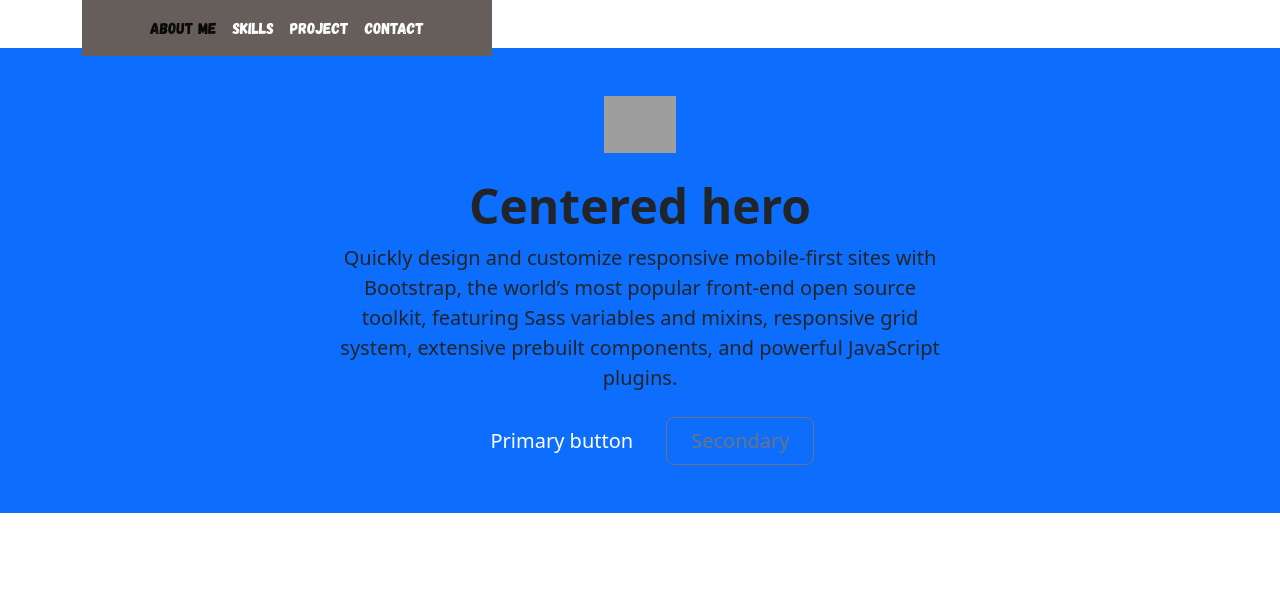
Repository: zetta-muhammad-asyrofuddien/Html-Css-ZettaCAmp
Page: Day1/Portofolio/index.html
These files come from the project's save history. The page is drawn as it stood at one moment and after the next save; the edit follows.
The browser window is 1280 px wide. The pictures show the whole page.
Pictures or frames that could not be fetched are drawn as grey boxes.

Above is the page before, as saved 2023-07-05 03:02:34.

### Day1/Portofolio/index.html
<!DOCTYPE html>
<html lang="en">
  <head>
    <meta charset="utf-8" />
    <meta name="viewport" content="width=device-width, initial-scale=1" />
    <title>Bootstrap demo</title>
    <link href="https://cdn.jsdelivr.net/npm/bootstrap@5.2.3/dist/css/bootstrap.min.css" rel="stylesheet" integrity="sha384-rbsA2VBKQhggwzxH7pPCaAqO46MgnOM80zW1RWuH61DGLwZJEdK2Kadq2F9CUG65" crossorigin="anonymous" />
    <link rel="stylesheet" type="text/css" href="./syle.css" />
  </head>
  <body>
    <section class="Navbar">
      <div class="container">
        <div class="row">
          <div class="col-lg-12">
            <nav class="navbar navbar-expand-lg px-5 px-5">
              <div class="container-fluid">
                <div class="collapse navbar-collapse" id="navbarNav">
                  <ul class="navbar-nav">
                    <li class="nav-item">
                      <a class="nav-link active" aria-current="page" href="#">About Me</a>
                    </li>
                    <li class="nav-item">
                      <a class="nav-link" href="#">Skills</a>
                    </li>
                    <li class="nav-item">
                      <a class="nav-link" href="#">Project</a>
                    </li>
                    <li class="nav-item">
                      <a class="nav-link" href="#">Contact</a>
                    </li>
                  </ul>
                </div>
              </div>
            </nav>
            <div class="col-lg-4"></div>
          </div>
        </div>
      </div>
    </section>
    <section class="perkenalan bg-primary mt-0">
      <div class="px-4 py-5 my-5 text-center">
        <img class="d-block mx-auto mb-4" src="/docs/5.2/assets/brand/bootstrap-logo.svg" alt="" width="72" height="57" />
        <h1 class="display-5 fw-bold">Centered hero</h1>
        <div class="col-lg-6 mx-auto">
          <p class="lead mb-4">
            Quickly design and customize responsive mobile-first sites with Bootstrap, the world’s most popular front-end open source toolkit, featuring Sass variables and mixins, responsive grid system, extensive prebuilt components, and
            powerful JavaScript plugins.
          </p>
          <div class="d-grid gap-2 d-sm-flex justify-content-sm-center">
            <button type="button" class="btn btn-primary btn-lg px-4 gap-3">Primary button</button>
            <button type="button" class="btn btn-outline-secondary btn-lg px-4">Secondary</button>
          </div>
        </div>
      </div>
    </section>
    <script src="https://cdn.jsdelivr.net/npm/@popperjs/core@2.11.6/dist/umd/popper.min.js" integrity="sha384-oBqDVmMz9ATKxIep9tiCxS/Z9fNfEXiDAYTujMAeBAsjFuCZSmKbSSUnQlmh/jp3" crossorigin="anonymous"></script>
    <script src="https://cdn.jsdelivr.net/npm/bootstrap@5.2.3/dist/js/bootstrap.min.js" integrity="sha384-cuYeSxntonz0PPNlHhBs68uyIAVpIIOZZ5JqeqvYYIcEL727kskC66kF92t6Xl2V" crossorigin="anonymous"></script>
  </body>
</html>

### Day1/Portofolio/syle.css
@font-face {
  font-family: Gagalin;
  src: url(./asset/font/Gagalin-Regular.otf);
}
@font-face {
  font-family: Shrikhand;
  src: url(./asset/font/Shrikhand-Regular.ttf);
}
@font-face {
  font-family: dmSans;
  src: url(./asset/font/DMSans-Regular.ttf);
}
.navbar {
  font-family: Gagalin;
  background-color: #665e5a;
  position: fixed;
  top: 0;

  z-index: 100;
}

.nav-link {
  color: white;
}

After the next save:
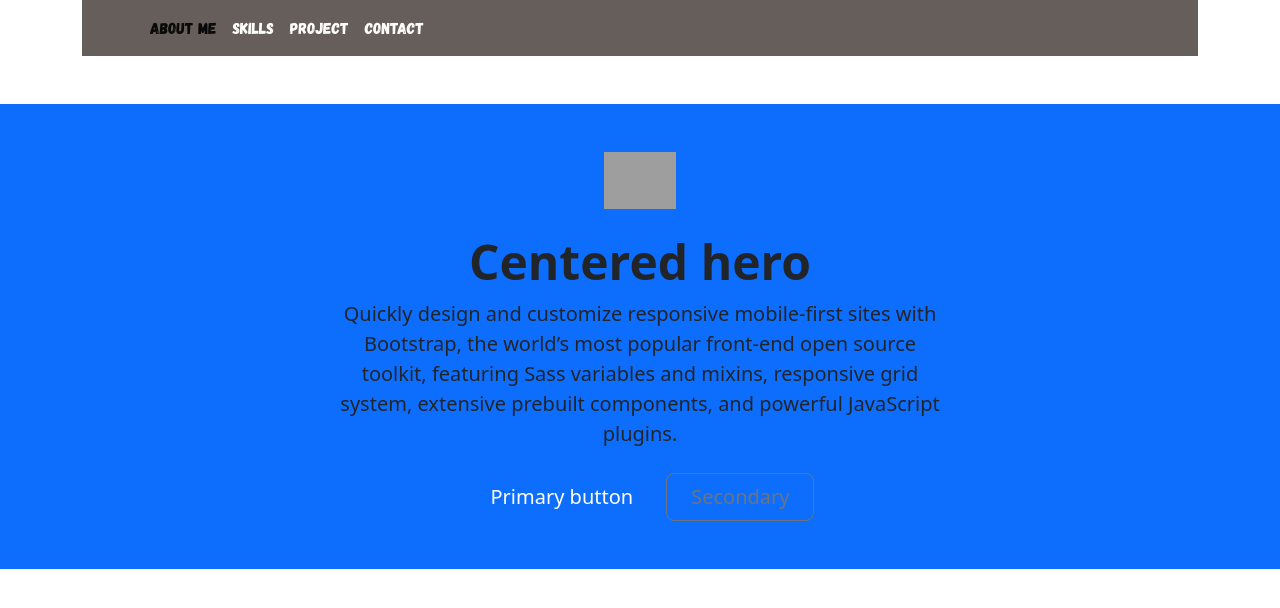
Saved 8 s later.
--- a/Day1/Portofolio/syle.css
+++ b/Day1/Portofolio/syle.css
@@ -13,10 +13,6 @@
 .navbar {
   font-family: Gagalin;
   background-color: #665e5a;
-  position: fixed;
-  top: 0;
-
-  z-index: 100;
 }
 
 .nav-link {
